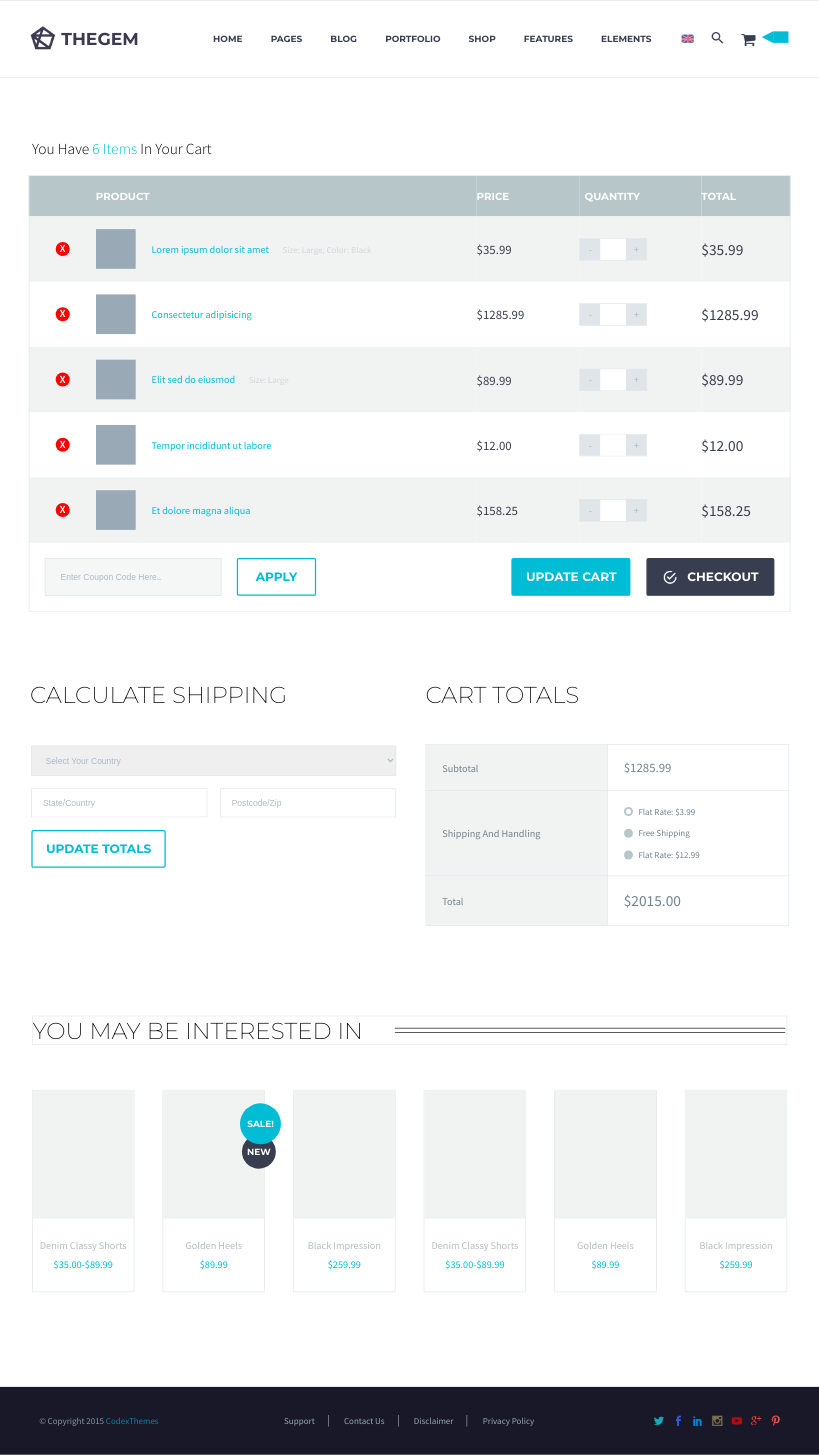
Repository: flylessbird/shop_cart
Page: html/page.html
These files come from the project's save history. The page is drawn as it stood at one moment and after the next save; the edit follows.
The browser window is 1280 px wide. The pictures show the whole page, at 64% of full size.
The style sheet was rebuilt from its Sass, Less or Tailwind sources for each picture, by a compiler version that may differ from the author's.

Above is the page before, as saved 2022-05-14 20:24:59.

After the next save:
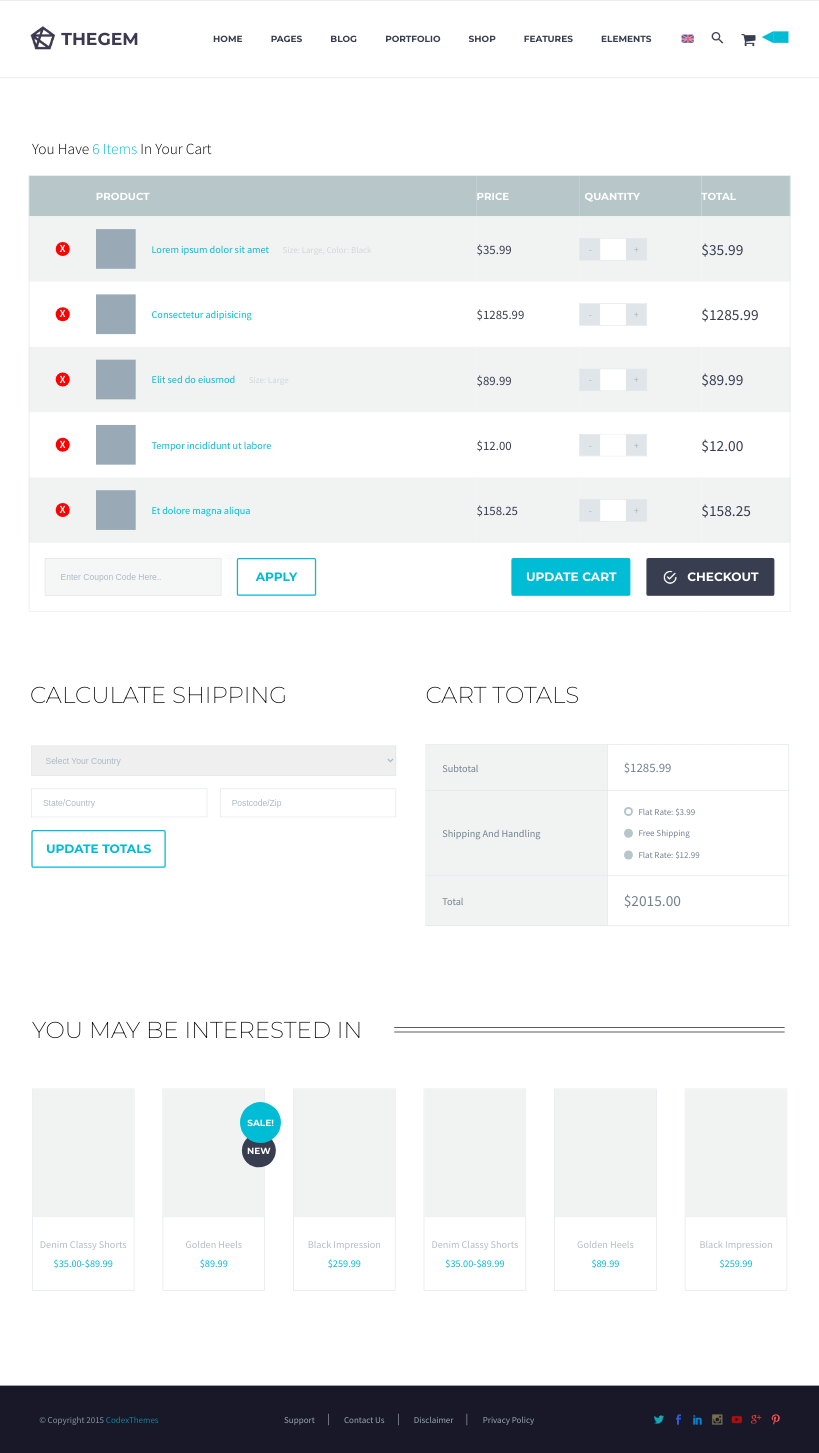
Saved 27 s later.
--- a/css/page.scss
+++ b/css/page.scss
@@ -464,7 +464,6 @@
     margin-bottom: 70px;
     width: 1180px;
     // align-self: flex-start;
-    border: 1px solid $grey_bd;
     position: relative;
     span {
       position: absolute;
